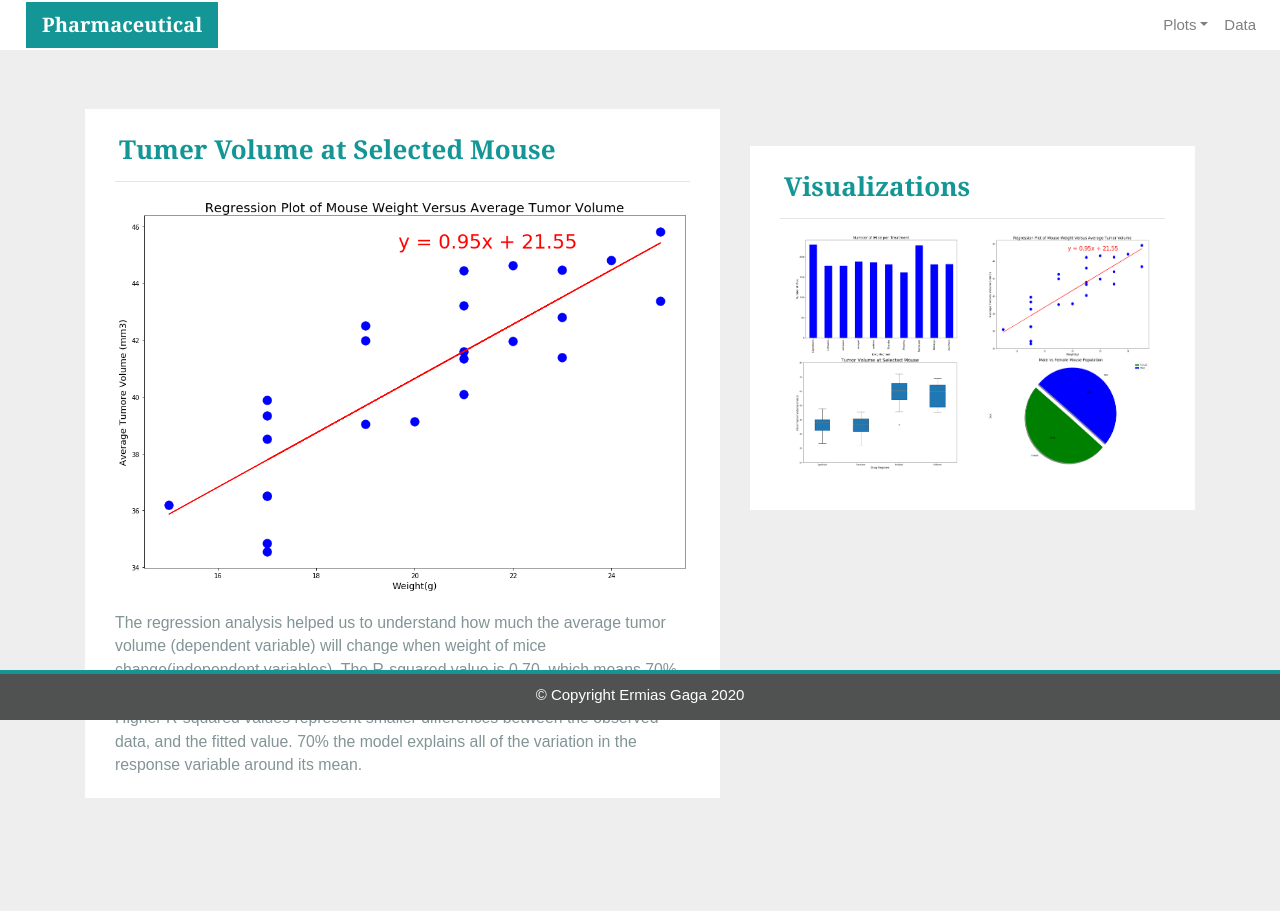
Repository: ermiasgelaye/ermiasgelaye.github.io
Page: Matplotlib-Challenge/box_plot.html
These files come from the project's save history. The page is drawn as it stood at one moment and after the next save; the edit follows.
The browser window is 1280 px wide. The pictures show the whole page.
Some web libraries are served in a nearby version.

Above is the page before, as saved 2020-08-03 00:23:47.

After the next save:
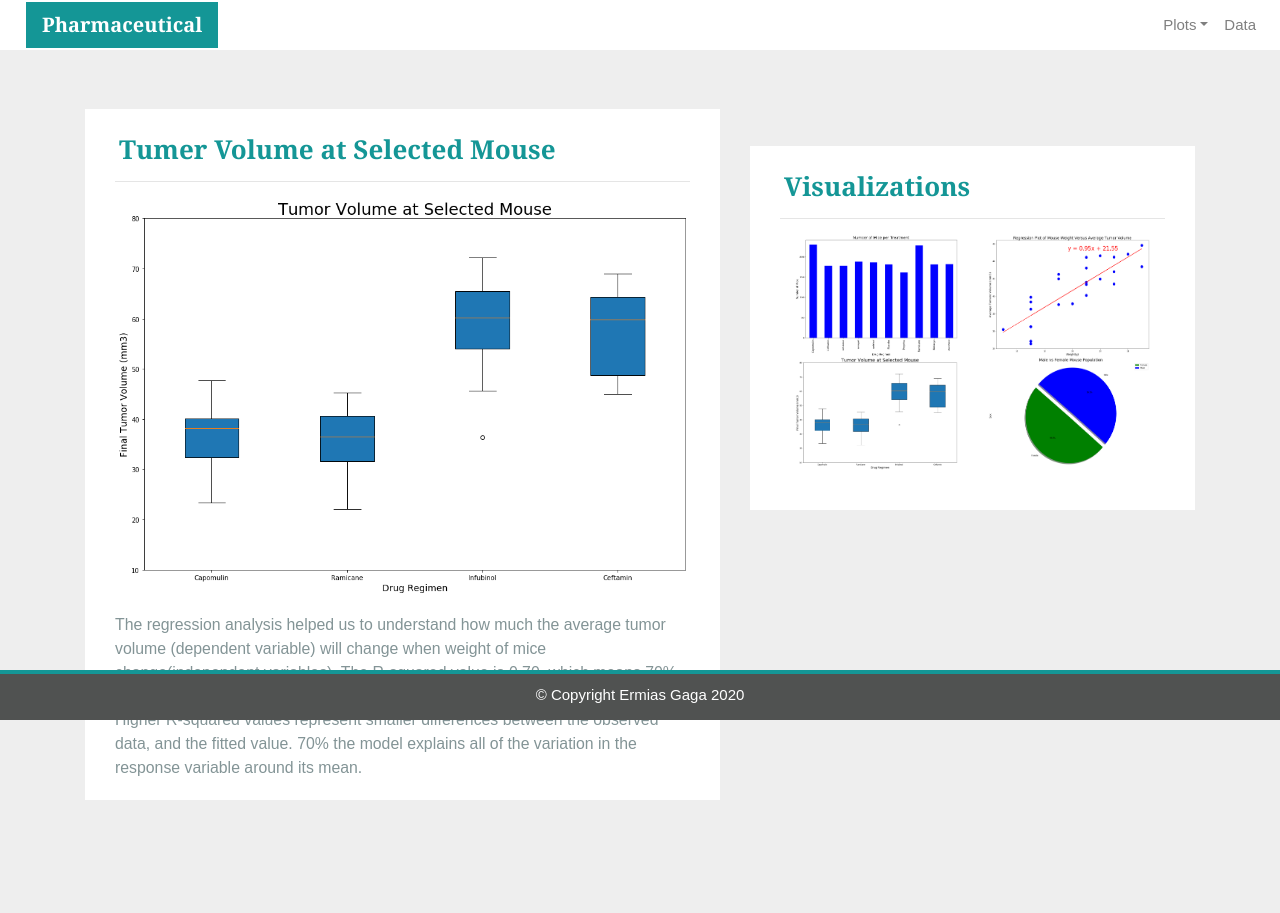
Saved 20 s later.
--- a/Matplotlib-Challenge/box_plot.html
+++ b/Matplotlib-Challenge/box_plot.html
@@ -59,7 +59,7 @@
         <div class="description-content">
           <h1 class="description-header">Tumer Volume at Selected Mouse</h1>
           <hr>
-          <img src="Resources/assets/images/linear_regression.png"
+          <img src="Resources/assets/images/box_plot.png"
             alt="Regreression Plot Mouse Weight Vs. Averaje Tumor Volume">
           <p>The regression analysis helped us to understand how much the average tumor volume (dependent variable) will
             change when
